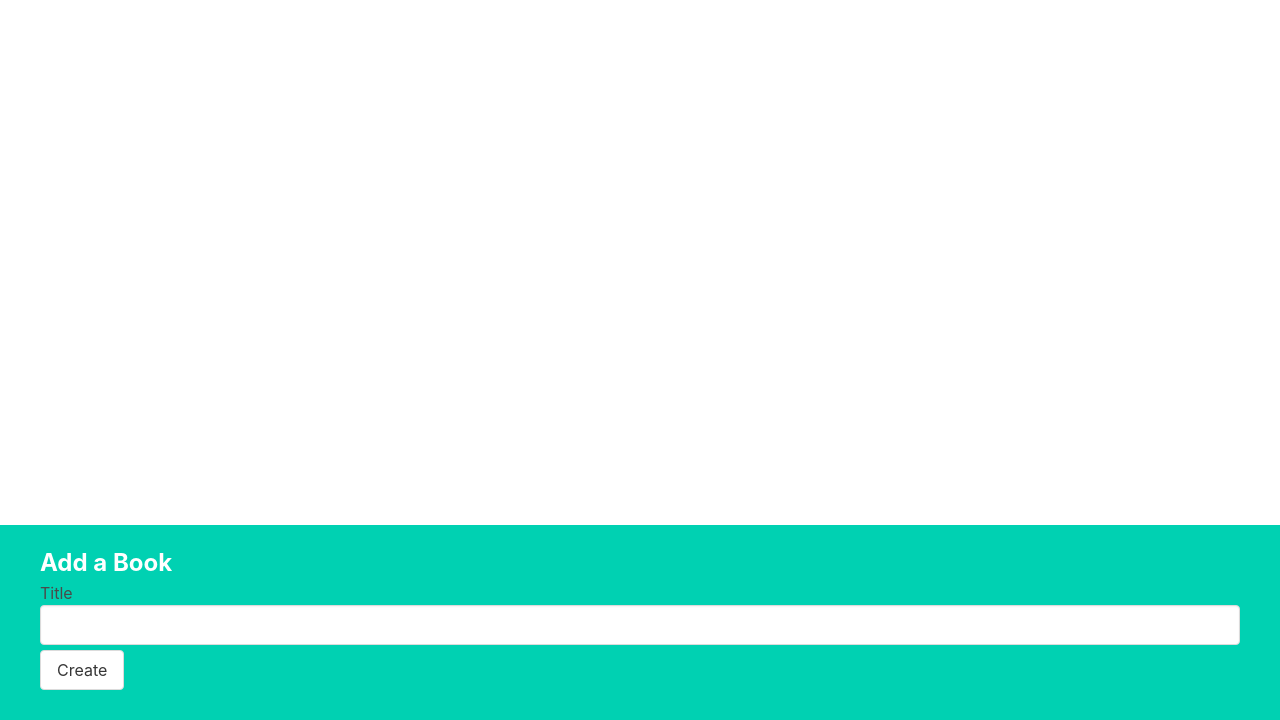
Repository: stavan30/Books
Page: /
An editor plug-in stored every save of this project. The page is shown before and after the next save, followed by the edit.
The browser window is 1280 px wide. The pictures show the whole page.
The project was rebuilt for these pictures with package versions that can differ from the ones it lists, and the page was loaded fresh each time. Also part of the build but not shown: src/components/BookEdit.js, src/components/BookShow.js.

Above is the page before, as saved 2024-03-06 01:19:24.

After the next save:
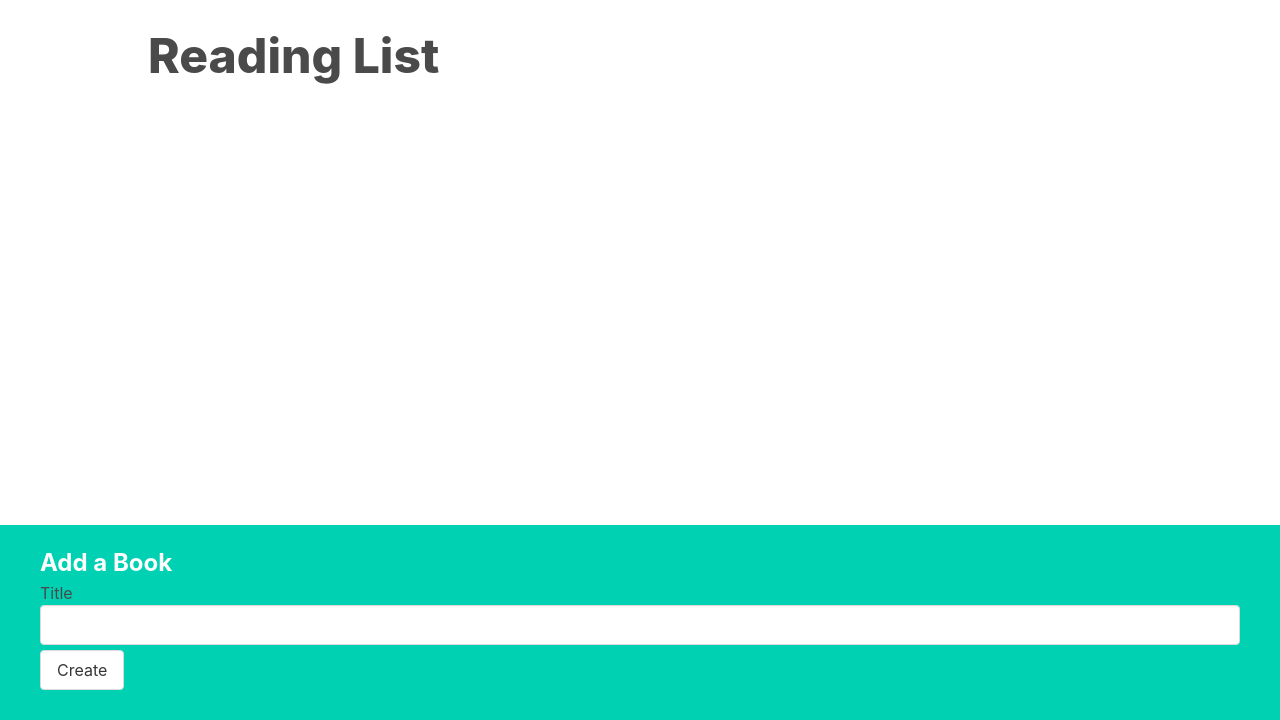
Saved 7 min 0 s later.
--- a/src/App.js
+++ b/src/App.js
@@ -41,6 +41,7 @@ const App = () => {
 
   return (
     <div className='app'>
+        <h1>Reading List</h1>
         <BookList onEdit={editBookById} onDelete={deleteBookById} Books={books}/>
         <BookCreate onCreate={createBook}/>
     </div>
